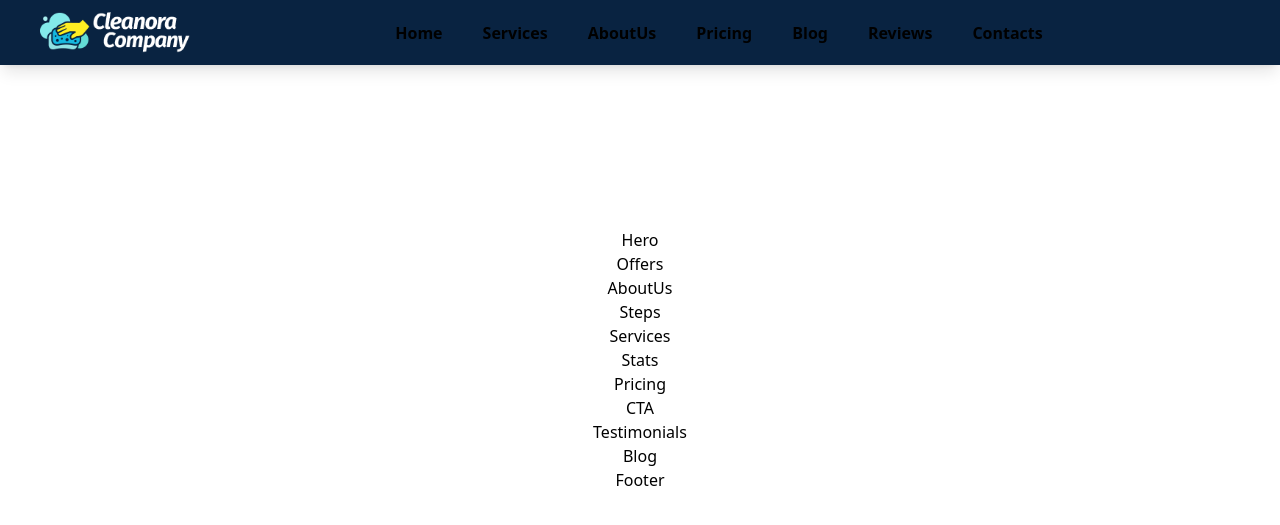
Repository: remydev47/cleonara
Page: /
The author's editor kept a copy of each file at every save. The page is drawn from the files as they stood at one save, then again after the next save.
The browser window is 1280 px wide. The pictures show the whole page.
The project was rebuilt for these pictures with package versions that can differ from the ones it lists, and the page was loaded fresh each time. The framework's server and built-in components were replaced by stand-ins that run in the browser. Also part of the build but not shown: next.config.js.

Above is the page before, as saved 2022-11-01 12:35:06.

### pages/_app.tsx
import '../styles/globals.css'
import type { AppProps } from 'next/app'
import Header from '../components/Header'

function MyApp({ Component, pageProps }: AppProps) {
  return(
    <>
      <Header />
      <Component {...pageProps} />
    </>

  )
}

export default MyApp

### pages/index.tsx
import type { NextPage } from 'next'
import Head from 'next/head'
import Image from 'next/image'
import { AboutUs, CTA, Hero, Offers, Pricing, Services, Blog, Stats, Steps, Testimonials, Footer } from '../components'

const Home: NextPage = () => {
  return (
    <div className="flex min-h-screen flex-col items-center justify-center py-2">
      <Head>
        <title>CLEONARA</title>
        <link rel="icon" href="/favicon.ico" />
      </Head>
      <Hero/>
      <Offers />
      <AboutUs />
      <Steps />
      <Services />
      <Stats />
      <Pricing />
      <CTA />
      <Testimonials />
      <Blog />
      <Footer />
    </div>
  )
}

export default Home

### components/Header.tsx
import React from 'react';
import { navLinks } from '../constants';
import Menupopover from './Menupopover';
import Image from 'next/image';
import Logo from './Logo';

const Header = () => {
  return (
    <header className="fixed inset-x-0 bg-[#092341] z-20 flex justify-between items-center py-2 px-2 shadow-lg dark:bg-slate-900 sm:py-3 sm:px-8">
            <div className='flex grow-0 basis-1/3 md:hidden'>
                <Menupopover />
            </div>

             <div className='flex grow-0 ml-2 justify-center md:justify-start'>
                <Logo />

            </div>


            <ul className="list-none sm:flex hidden justify-center items-center flex-1">
            {navLinks.map((nav, index) => (
                <li
                key={nav.id}
                className={`font-bold cursor-pointer text-[16px] hover:text-blue-400
                   ${index === navLinks.length - 1 ? 'mr-0' : 'mr-10'}
                  text-black `}
                >
                    <a>{nav.title}</a>
                </li>
            ))}
           </ul>

        </header>
  )
}

export default Header

### components/index.ts
import Hero from "./Hero";
import Offers from "./Offers";
import AboutUs from "./AboutUs";
import Steps from "./Steps";
import Services from "./Services";
import Stats from "./Stats";
import Pricing from "./Pricing";
import CTA from "./CTA";
import Testimonials from "./Testimonials";
import Blog from "./Blog";
import Footer from "./Footer";

export {
    Hero, Offers, AboutUs, Steps, Services, Stats, Pricing, CTA, Testimonials, Blog, Footer
}

### constants/index.ts
export const navLinks=[
    {
        id:"home",
        title:"Home",
    },
    {
        id:"services",
        title:"Services",
    },
    {
        id:"AboutUs",
        title:"AboutUs",
    },
    {
        id:"pricing",
        title:"Pricing",
    },
    {
        id:"blog",
        title:"Blog",
    },
    {
        id:"reviews",
        title:"Reviews",
    },
    {
        id:"contacts",
        title:"Contacts",
    },
]

### components/Menupopover.tsx
import React, {useState, Fragment} from 'react';
import { navLinks } from '../constants';
import { IconButton, Button } from './Button';
import { Transition, Dialog } from '@headlessui/react';
import Logo from './Logo';
import Image from 'next/image';

const Menupopover = () => {
  const [isOpen, setIsOpen] = useState(false)

  return (
    <div>
    <IconButton
      variant='ghost'
      aria-label='menu'
      onClick={() => setIsOpen(!isOpen)}
    >
      <svg className='h-6 w-6 ' fill='none' stroke='currentColor'>
        <path
          strokeLinecap='round'
          strokeLinejoin='round'
          strokeWidth={2}
          d='M4 6h16M4 12h16M4 18h16'
        />
      </svg>
    </IconButton>
    <Transition
      show={isOpen}
      appear
      as={Fragment}
      enter='transform transition ease-in-out duration-300'
      enterFrom='-translate-x-full'
      enterTo='translate-x-0'
      leave='transform transition ease-in-out duration-300 delay-200'
      leaveFrom='translate-x-0'
      leaveTo='-translate-x-full'
     >
     <Dialog
       as='div'
       className={`fixed inset-0 z-50`}
       onClose={setIsOpen}
       open={isOpen}
       >
       <Transition.Child
         as={Fragment}
         enter='ease-out duration-300 delay-300'
         enterFrom='opacity-0'
         enterTo='opacity-100'
         leave='ease-in duration-200'
         leaveFrom='opacity-100'
         leaveTo='opacity-0'
       >

        <Dialog.Overlay
          className={`fixed inset-0 bg-black/20 backdrop-blur-sm dark:bg-gray-900/80`}
         />
      </Transition.Child>
       <div className={styles.dialogcontainer}>
        <a className='mx-auto mt-4 flex w-[140px] '>
          <Logo />
        </a>
        <ul
            className={styles.navWrapper2}
         >
            {navLinks.map((nav, index) => (
                <li
                 key={nav.id}
                 className={` font-bold cursor-pointer text-[16px]
                  mt-2 border-t border-slate-200 py-4 dark:border-slate-600
                  ${index === navLinks.length - 1 ? 'mr-0' : 'mb-4'}
                  text-white `}
                >
                 <a href={`#${nav.id}`}>
                    {nav.title}
                 </a>
                </li>
             ))}
         </ul>

        <IconButton
          variant='ghost'
          aria-label='close menu'
          className='absolute top-5 right-5'
          onClick={() => setIsOpen(false)}
        >
          <svg
            viewBox='0 0 10 10'
            className='h-2.5 w-2.5 overflow-visible'
            aria-hidden='true'
          >
            <path
                d='M0 0L10 10M10 0L0 10'
                fill='none'
                stroke='currentColor'
                strokeWidth='2'
                strokeLinecap='round'
              />
          </svg>
        </IconButton>
       </div>
     </Dialog>
    </Transition>
  </div>
  )
}

export default Menupopover;

const styles ={
  dialogcontainer:`fixed top-0 bottom-0 left-0 w-full max-w-xs rounded-r-xl bg-[#092341] p-6 shadow-lg dark:bg-gray-800`,
  menuitems:`group relative flex h-9 items-center oveflow-hidden rounded-md hover:bg-slate-200/50`,
  navWrapper2:`list-none flex flex-col justify-end items-center flex-1`,
}

### components/Logo.tsx
import React from 'react'
import Image from 'next/image'

const Logo = () => {
  return (
    <div>
        <Image
          src='/images/logo.png'
          alt='Cleonara'
          height={80}
          width={150}
        />
    </div>
  )
}

export default Logo

### components/Steps.tsx
import React from 'react'

const Steps = () => {
  return (
    <div>Steps</div>
  )
}

export default Steps

### components/Button/index.tsx
import React, { forwardRef } from "react";
//import { __DEV__ } from "../../utils/assertions";

type BaseButtonProps = Omit<React.HTMLProps<HTMLButtonElement>, "size">;

/* === Button Element === */

export interface ButtonProps extends BaseButtonProps {
  children: React.ReactNode;
  fullWidth?: boolean;
  className?: string;
  variant?: "solid" | "outline" | "ghost";
  size?: "sm" | "md" | "lg";
  as?: string;
  isExternal?: boolean;
  type?: "button" | "submit" | "reset";
}

export const Button = forwardRef<HTMLButtonElement, ButtonProps>(
  (
    {
      children,
      variant = "solid",
      size = "md",
      fullWidth = false,
      className,
      as = "button",
      isExternal = false,
      ...rest
    },
    ref
  ) => {
    let tempClassNames: string[] = [];

    const sharedClasses = [
      "capitalize",
      "focus:outline-none",
      "focus:ring-2",
      "focus:ring-indigo-400",
      "focus:ring-offset-2",
      "focus:ring-offset-indigo-50",
      "font-semibold",
      "rounded-full",
      "inline-flex",
      "flex-shrink-0",
      "items-center",
      "justify-center",
      "transition-colors",
      "ease-in-out",
      "duration-500",
    ];

    if (fullWidth) sharedClasses.push("w-full");

    // handle variants
    let btnSolid = ["bg-indigo-600", "hover:bg-indigo-700", "text-white"];
    let btnOutline = [
      "dark:text-white",
      "hover:text-indigo-700",
      "hover:dark:text-indigo-700",
      "bg-transparent",
      "hover:bg-indigo-50",
      "border",
      "border-indigo-600",
    ];
    let btnGhost = [
      "bg-transparent",
      "dark:text-white",
      "hover:bg-indigo-50",
      "hover:text-indigo-700",
      "hover:dark:text-indigo-700",
    ];

    if (variant === "solid") {
      tempClassNames = [...sharedClasses, ...btnSolid];
    } else if (variant === "outline") {
      tempClassNames = [...sharedClasses, ...btnOutline];
    } else if (variant === "ghost") {
      tempClassNames = [...sharedClasses, ...btnGhost];
    }

    // handle sizes
    let sizeSm = ["h-8", "px-2", "text-sm"];
    let sizeMd = ["h-10", "px-3"];
    let sizeLg = ["h-12", "px-4", "text-lg"];

    if (size === "sm") {
      tempClassNames = [...tempClassNames, ...sizeSm];
    } else if (size === "md") {
      tempClassNames = [...tempClassNames, ...sizeMd];
    } else if (size === "lg") {
      tempClassNames = [...tempClassNames, ...sizeLg];
    }

    let classes = tempClassNames.join(" ");

    let Element = as ? (
      React.createElement(
        as,
        {
          className: `${classes} ${className}`,
          target: isExternal ? "_blank" : undefined,
          rel: isExternal ? "noopener noreferrer" : undefined,
          ref,
          ...rest,
        },
        children
      )
    ) : (
      <button {...rest} className={`${classes} ${className}`} ref={ref}>
        {children}
      </button>
    );

    return Element;
  }
);

// if (__DEV__) {
//   Button.displayName = "Button";
// }

/* === IconButton Element === */

export interface IconButtonProps extends ButtonProps {
  icon?: React.ReactElement;
  "aria-label": string;
}

export const IconButton = forwardRef<HTMLButtonElement, IconButtonProps>(
  (
    {
      children,
      icon,
      className,
      "aria-label": ariaLabel,
      size = "md",
      ...rest
    },
    ref
  ) => {
    let sharedClasses = ["rounded-full", "!px-0"];

    // handle sizes
    let sizeSm = ["w-8"];
    let sizeMd = ["w-10"];
    let sizeLg = ["w-12"];

    if (size === "sm") {
      sharedClasses = [...sharedClasses, ...sizeSm];
    } else if (size === "md") {
      sharedClasses = [...sharedClasses, ...sizeMd];
    } else if (size === "lg") {
      sharedClasses = [...sharedClasses, ...sizeLg];
    }

    /**
     * Passing the icon as prop or children should work
     */
    const element = icon || children;
    const _children = React.isValidElement(element)
      ? React.cloneElement(element as any, {
          "aria-hidden": true,
          focusable: false,
        })
      : null;

    let classes = sharedClasses.join(" ");
    return (
      <Button
        className={`${classes} ${className}`}
        aria-label={ariaLabel}
        size={size}
        {...rest}
        ref={ref}
      >
        {_children}
      </Button>
    );
  }
)

Loaded but not shown: styles/globals.css (common file); components/Hero.tsx (common file); components/Offers.tsx (common file); components/AboutUs.tsx (common file); components/Services.tsx (common file); components/Stats.tsx (common file); components/Pricing.tsx (common file); components/CTA.tsx (common file); components/Testimonials.tsx (common file); components/Blog.tsx (common file); components/Footer.tsx (common file); tailwind.config.js (common file)

After the next save:
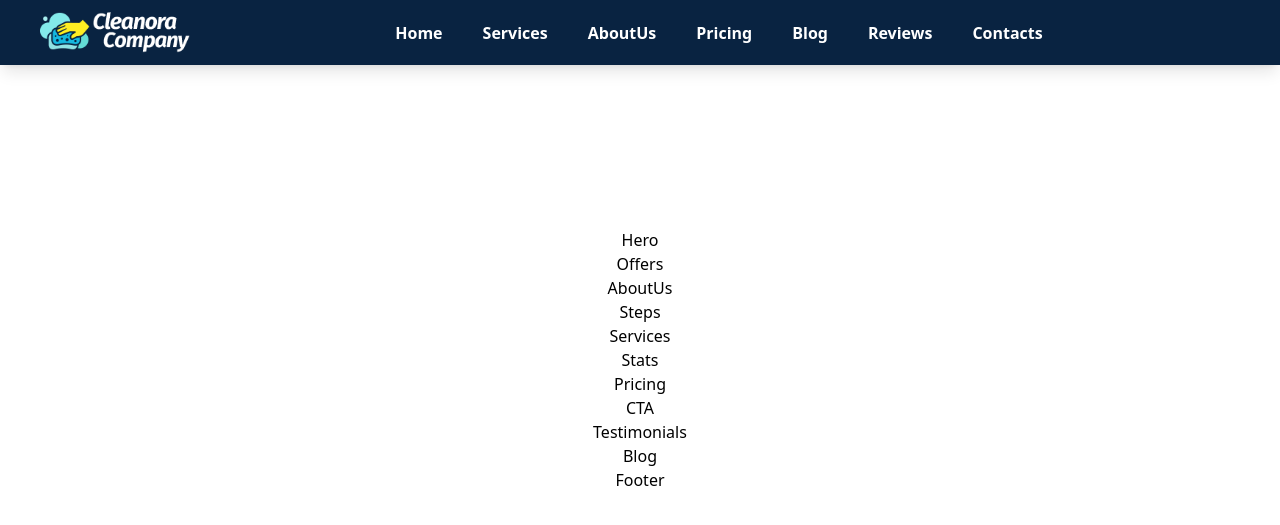
Saved 26 s later.
--- a/components/Header.tsx
+++ b/components/Header.tsx
@@ -23,7 +23,7 @@ const Header = () => {
                 key={nav.id}
                 className={`font-bold cursor-pointer text-[16px] hover:text-blue-400
                    ${index === navLinks.length - 1 ? 'mr-0' : 'mr-10'}
-                  text-black `}
+                  text-white `}
                 >
                     <a>{nav.title}</a>
                 </li>
